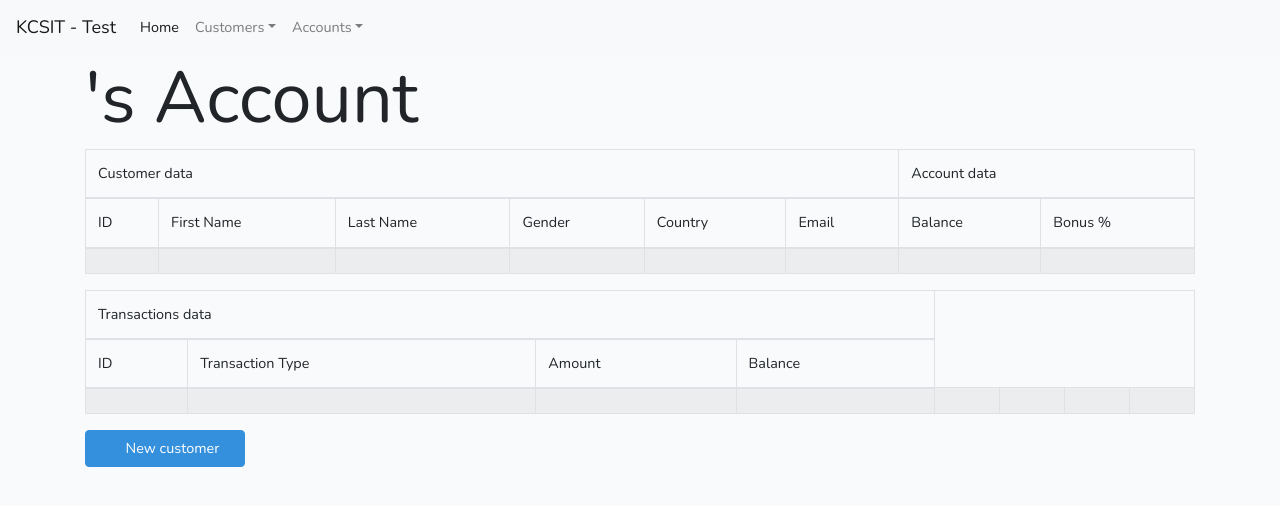
Repository: GilmarBrito/kcsit
Page: resources/views/accounts/index.blade.php
An editor plug-in stored every save of this project. The page is shown before and after the next save, followed by the edit.
The browser window is 1280 px wide. The pictures show the whole page.
The page is served by the project's Laravel application, run on PHP 8.4 with Laravel 8. Style sheets and scripts are compiled from the project's sources, by tool versions that may differ from the author's. The template is opened directly, without the code that normally fills it, so the values that code supplies are empty.

Above is the page before, as saved 2020-03-09 02:57:39.
Console error: ReferenceError: $ is not defined

After the next save:
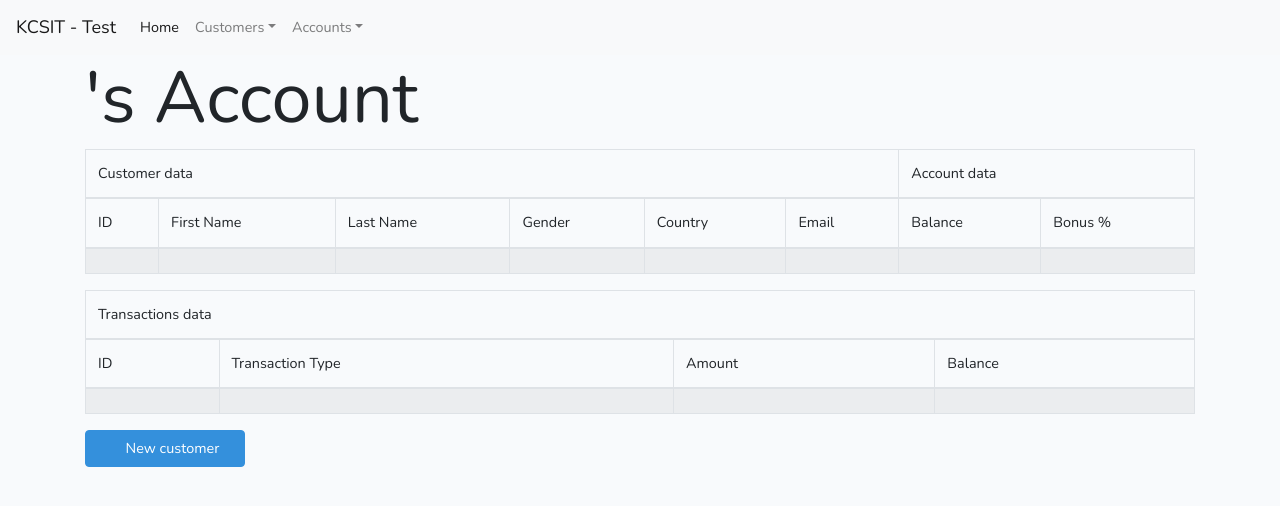
Saved 19 s later.
--- a/resources/views/accounts/index.blade.php
+++ b/resources/views/accounts/index.blade.php
@@ -60,10 +60,6 @@
                     <td>{{$customer->first_name}}</td>
                     <td>{{$customer->last_name}}</td>
                     <td>{{$customer->gender}}</td>
-                    <td>{{$customer->country}}</td>
-                    <td>{{$customer->email}}</td>
-                    <td>{{$account->current_balance}}</td>
-                    <td>{{$account->bonus}}</td>
                 </tr>
 
             </tbody>
